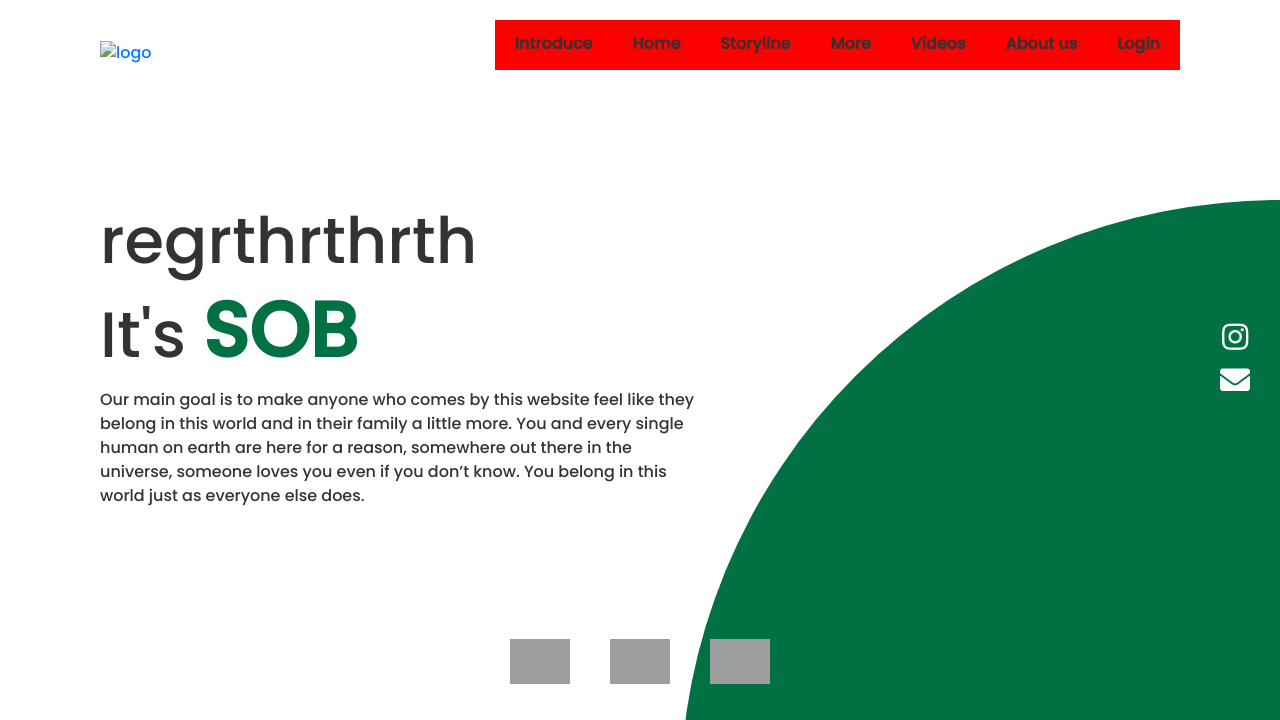
Repository: LeDucHai007/test3
Page: intro1.html
The author's editor kept a copy of each file at every save. The page is drawn from the files as they stood at one save, then again after the next save.
The browser window is 1280 px wide. The pictures show the whole page.
Pictures or frames that could not be fetched are drawn as grey boxes. Some web fonts or font styles are not loaded; a fallback is used. Some web libraries are served in a nearby version.

Above is the page before, as saved 2022-02-11 16:07:44.
Console error: TypeError: Cannot set properties of null (setting 'onclick')

### intro1.html
<!DOCTYPE html>
<html lang="en" dir="ltr">

<head>
    <link rel="shortcut icon" type="image/ico" href="favicon (1).ico" />
    <meta charset="utf-8" />
    <title>SOB Introduce</title>
    <!--Fontawesome link-->
    <link rel="stylesheet" href="https://pro.fontawesome.com/releases/v5.10.0/css/all.css" integrity="sha384-AYmEC3Yw5cVb3ZcuHtOA93w35dYTsvhLPVnYs9eStHfGJvOvKxVfELGroGkvsg+p" crossorigin="anonymous" />

    <!-- google fonts link -->
    <link href="https://fonts.googleapis.com/css2?family=Mali:ital,wght@1,600&display=swap" rel="stylesheet" />
    <link href="https://fonts.googleapis.com/css2?family=Quicksand:wght@400;600&display=swap" rel="stylesheet" />
    <link href="https://fonts.googleapis.com/css2?family=Source+Serif+Pro:ital,wght@1,900&display=swap" rel="stylesheet" />
    <link href="https://fonts.googleapis.com/css2?family=Baloo" rel="stylesheet" />
    <link href="https://fonts.googleapis.com/css2?family=Bungee&family=Poppins:wght@500&family=Shrikhand&display=swap" rel="stylesheet" />
    <!-- Bootstrap link -->
    <link rel="stylesheet" href="https://stackpath.bootstrapcdn.com/bootstrap/4.5.0/css/bootstrap.min.css" integrity="sha384-9aIt2nRpC12Uk9gS9baDl411NQApFmC26EwAOH8WgZl5MYYxFfc+NcPb1dKGj7Sk" crossorigin="anonymous" />

    <!-- css stylesheet -->

    <link rel="stylesheet" href="Backtop.css" />
    <link rel="stylesheet" href="bg-menu.css" />
    <link rel="stylesheet" href="banner-main.css" />
    <link rel="stylesheet" href="nav-bar.css" />
    <link rel="stylesheet" href="side-nemu-home.css" />
    <link rel="stylesheet" href="p-n-button-home.css" />
    <link rel="stylesheet" href="scrollbar.css" />
    <link rel="stylesheet" href="intro1.css" />
    <link rel="stylesheet" href="slider.css">
</head>

<body>
    <!--************************************* TITLE SECTION********************************** -->

    <section>
        <div class="circle"></div>
        <header>
            <a href="introduce.html">
                <img src="favicon (1).ico" alt="logo" class="logo">
            </a>
            <ul>
                <li>
                    <a href="introduce.html">Introduce</a>
                </li>
                <li>
                    <a href="index.html">Home</a>
                </li>
                <li>
                    <a href="storyline.html">Storyline</a>
                </li>
                <li>
                    <a href="other.html">More</a>
                </li>
                <li>
                    <a href="Video.html">Videos</a>
                </li>
                <li>
                    <a href="about-us.html">About us</a>
                </li>
                <li>
                    <a href="Login.html">Login</a>
                </li>
            </ul>
        </header>
        <div class="content">
            <div class="textBox">
                <h2>regrthrthrth<br>It's <span>SOB</span></h2>
                <p>Our main goal is to make anyone who comes by this website feel like they belong in this world and in their family a little more. You and every single human on earth are here for a reason, somewhere out there in the universe, someone loves
                    you even if you don’t know. You belong in this world just as everyone else does.</p>
            </div>
            <div class="imgBox">
                <div class="slide-main">
                    <div class="slider">
                        <div class="slides">
                            <input type="radio" name="radio-btn" id="radio1">
                            <input type="radio" name="radio-btn" id="radio2">
                            <input type="radio" name="radio-btn" id="radio3">
                            <input type="radio" name="radio-btn" id="radio4">
                            <input type="radio" name="radio-btn" id="radio5">
                            <input type="radio" name="radio-btn" id="radio6">
                            <input type="radio" name="radio-btn" id="radio7">
                            <input type="radio" name="radio-btn" id="radio8">
                            <input type="radio" name="radio-btn" id="radio9">
                            <input type="radio" name="radio-btn" id="radio10">


                            <div class="slide first">
                                <img src="Bìa trước.png">
                            </div>
                            <div class="slide">
                                <img src="t1.png">
                            </div>
                            <div class="slide">
                                <img src="t2.png">
                            </div>
                            <div class="slide">
                                <img src="t3.png">
                            </div>
                            <div class="slide">
                                <img src="t4.png">
                            </div>
                            <div class="slide">
                                <img src="t5.png">
                            </div>
                            <div class="slide">
                                <img src="t6.png">
                            </div>
                            <div class="slide">
                                <img src="t7.png">
                            </div>
                            <div class="slide">
                                <img src="t8.png">
                            </div>
                            <div class="slide">
                                <img src="t9.png">
                            </div>
                            <div class="slide">
                                <img src="t10.png">
                            </div>

                            <div class="slide">
                                <img src="Bìa sau.png">
                            </div>

                            <div class="navigation-auto">
                                <div class="auto-btn1"></div>
                                <div class="auto-btn2"></div>
                                <div class="auto-btn3"></div>
                                <div class="auto-btn4"></div>
                                <div class="auto-btn5"></div>
                                <div class="auto-btn6"></div>
                                <div class="auto-btn7"></div>
                                <div class="auto-btn8"></div>
                                <div class="auto-btn9"></div>
                                <div class="auto-btn10"></div>

                            </div>
                        </div>
                        <div class="navigation-manual">
                            <label for="radio1" class="manual-btn"></label>
                            <label for="radio2" class="manual-btn"></label>
                            <label for="radio3" class="manual-btn"></label>
                            <label for="radio4" class="manual-btn"></label>
                            <label for="radio5" class="manual-btn"></label>
                            <label for="radio6" class="manual-btn"></label>
                            <label for="radio7" class="manual-btn"></label>
                            <label for="radio8" class="manual-btn"></label>
                            <label for="radio9" class="manual-btn"></label>
                            <label for="radio10" class="manual-btn"></label>

                        </div>
                    </div>
                </div>

                <div class="img2">
                    <img src="nguyen.png">
                </div>
                <div class="img3">
                    <img src="an.png">
                </div>
            </div>
        </div>
        <ul class="thumb">
            <li id="thumb1"><img src="han.png"></li>
            <li id="thumb2"><img src="nguyen.png"></li>
            <li id="thumb3"><img src="an.png"></li>
        </ul>
        <ul class="sci">
            <li>
                <a href="">
                    <i class="fab fa-instagram"></i>
                </a>
            </li>
            <li>
                <a href="">
                    <i class="fa fa-envelope"></i>
                </a>
            </li>

        </ul>

        </div>
    </section>




</body>
<script src="https://code.jquery.com/jquery-3.5.1.slim.min.js" integrity="sha384-DfXdz2htPH0lsSSs5nCTpuj/zy4C+OGpamoFVy38MVBnE+IbbVYUew+OrCXaRkfj" crossorigin="anonymous"></script>
<script src="https://cdn.jsdelivr.net/npm/popper.js@1.16.0/dist/umd/popper.min.js" integrity="sha384-Q6E9RHvbIyZFJoft+2mJbHaEWldlvI9IOYy5n3zV9zzTtmI3UksdQRVvoxMfooAo" crossorigin="anonymous"></script>
<script src="https://stackpath.bootstrapcdn.com/bootstrap/4.5.0/js/bootstrap.min.js" integrity="sha384-OgVRvuATP1z7JjHLkuOU7Xw704+h835Lr+6QL9UvYjZE3Ipu6Tp75j7Bh/kR0JKI" crossorigin="anonymous"></script>

<script src="https://code.jquery.com/jquery-3.6.0.js" integrity="sha256-H+K7U5CnXl1h5ywQfKtSj8PCmoN9aaq30gDh27Xc0jk=" crossorigin="anonymous"></script>
<script>
    var counter = 1;
    setInterval(function() {
        document.getElementById("radio" + counter).checked = true;
        counter++;
        if (counter > 8) {
            counter = 1;
        }
    }, 5000)
</script>

<script>
    let btn = document.querySelector("#btn");
    let sidebar = document.querySelector(".sidebar");

    btn.onclick = function() {
        sidebar.classList.toggle("active");
    };
</script>

<script>
    $(document).ready(function() {
        $(".sidebar").fadeOut(0);
        $(window).scroll(function() {
            if ($(this).scrollTop()) {
                $(".sidebar").fadeIn();
            } else {
                $(".sidebar").fadeOut(0);
            }
        });
    });
</script>

<!-- <script>
    function imgSlider(anythings) {
        document.querySelector(".theme-1").src = anythings;

    }

    function changeCircleColor(color) {
        const circle = document.querySelector('.circle');
        circle.style.background = color;
    }
</script> -->

<script>
    let thumb1 = document.querySelector("#thumb1");
    let thumb2 = document.querySelector("#thumb2");
    let thumb3 = document.querySelector("#thumb3");

    let img1 = document.querySelector(".slide-main");
    let img2 = document.querySelector(".img2");
    let img3 = document.querySelector(".img3");

    thumb1.onclick = function() {

        img1.classList.toggle("active");
        img2.classList.remove("active");
        img3.classList.remove("active");
    };

    thumb2.onclick = function() {

        img2.classList.toggle("active");
        img1.classList.remove("active");
        img3.classList.remove("active");
    };

    thumb3.onclick = function() {

        img3.classList.toggle("active");
        img1.classList.remove("active");
        img2.classList.remove("active");
    };
</script>


</html>

### Backtop.css
#backtop{
	width: 50px;
	height: 50px;
	background: #00cec9;
	display: flex;
	justify-content: center;
	align-items: center;
	border-radius: 50%;
	position: fixed;
	right: 20px;
	bottom: 80px;
	cursor: pointer;
}

### bg-menu.css
#menu-1{
  background: url(bg-menu-home.png) no-repeat;
  background-size: cover;
  color: #DC5B03;



}

#menu-2{
  background: url(bg-menu-2.png) no-repeat;
  background-size: cover;
  color: #E6A33D;
}

#menu-3{
  background: url(bg-menu-3.png) no-repeat;
  background-size: cover;
  color: #E1B444;
}

#menu-4{
  background: url(bg-menu-4.png) no-repeat;
  background-size: cover;
  color: #5E9E3E;
}

#menu-5{
  background: url(bg-menu-5.png) no-repeat;
  background-size: cover;
  color: #3B7A90;
}

#menu-6{
  background: url(bg-menu-6.png) no-repeat;
  background-size: cover;
  color: #A878DB;
}

### banner-main.css
#title-section{
  background-color: #a8d3da;
  color: #3b5360;

}

.big-heading {
  font-size:5rem;


  position: relative;
  top: 15%;
  left: 25%;

}


.title-footer{
  position: relative;
  padding-bottom: 39%;
  font-size: 1.3rem;
  color: #435560;
  left: 34%;
  top: 12%;
}

.title-sun{


  width: 30%;
  position: absolute;
  left: 68%;
  top: -2%;
}

.title-dove{

  width: 20%;
  position: absolute;
  left: -85%;
  top: 5%;
}

.title-fada{

  width: 28%;
  position: absolute;
  top: 75%;
  left: -90%;
}


.title-walkers{
  width: 16%;
  position: absolute;
  bottom: 16%;
  right: 65%;
  z-index: 2;
}

.title-road{
  width: 42%;
  position: absolute;
  bottom: -0.5%;
  z-index: 1;
}

.title-house{

  width: 68%;
  position: absolute;
  bottom: 0;
  right: 5%;
}

### nav-bar.css
.navbar{
  color: #3b5360;
  padding-top: 2%;
  padding-bottom: -2%;
  position: relative;

}

.nav-item{
  margin-right: 10px;
}

.nav-link{
  font-size: 1.5rem;
  font-family:'baloo', 'Molengo', sans-serif;

}

### side-nemu-home.css
.sidebar{
	position: fixed;
	margin: 0;
	padding: 0;
	top: 10%;
	left: 0.5%;
	box-sizing: border-box;
	font-family: "poppins", sans-serif;
	height: 80%;
	width: 85px;
	background: #E2F5F4;
	padding: 0 0;
	z-index: 10;
	border-radius: 12px;
	transition: all 0.5s ease;

}

.sidebar:hover{
	box-shadow: 3px 3px 30px rgba(0, 0, 0, 0.5);
}

.sidebar.active{
	width: 240px;
}

.sidebar .logo_content .logo{
	display: flex;
	height: 50px;
	width: 100%;
	align-items: center;
	opacity: 0;
	pointer-events: none;
	transition: all 0.5s ease;

}

.sidebar.active .logo_content .logo{
	opacity: 1;
	pointer-events: none;
}

.sidebar .logo_content .logo .logo-name{
	font-size: 20px;
	font-weight: 400;
	padding-left: 20px;


}

.sidebar #btn{
	color: #000;
	position: absolute;
	top: 1%;
	left: 20%;
	font-size: 20px;
	height: 50px;
	width: 50px;
	text-align: center;
	line-height: 50px;

}


.sidebar.active #btn{
	left: 75%;
}

.sidebar ul{
	margin-top: 20px;
	margin-left: -25px;
}


.sidebar ul li{
	list-style: none;
	height: 50px;
	width: 70%;
	position: relative;
	margin: 0 5px;
	line-height: 50px;


}

.sidebar.active ul li{
	width: 90%;
}

.sidebar ul li #tooltip{
	position: absolute;
	left: 122px;
	top: 0;
	transform: translate(-40% , -50%);
	border-radius: 6px;
	height: 35px;
	width: 122px;
	background: #fff;
	line-height: 35px;
	text-align: center;
	box-shadow: 0 15px 10px rgba(0, 0, 0, 0.2);
	z-index: 12;
	transition: 0s;
	opacity: 0;
	pointer-events: none;
	display: block;

}

.sidebar.active ul li #tooltip{
	display: none;
}

.sidebar ul li:hover #tooltip{

	transition: all 0.5s ease;
	top: 50%;
	opacity: 1;
}

.sidebar ul li a{
	color: #000;
	display: flex;
	align-items: center;
	text-decoration: none;
	transition: all 0.4s ease;
	border-radius: 12px;
	white-space: nowrap;
}

.sidebar ul li a:hover{
	color: #11101d;
	background: #fff;
}


.sidebar ul li a i{
	height: 50px;
	min-width: 50px;
	border-radius: 12px;
	line-height: 50px;
	text-align: center;
	font-size: 25px;
	font-weight: 400;
	color: #396475;
}



.sidebar .links_name{
	opacity: 0;
	pointer-events: none;
}



.sidebar.active .links_name{
	opacity: 1;
	pointer-events: auto;
}


.sidebar .profile_content{
	position: absolute;
	color: #000;
	bottom: 0;
	left: 0;
	width: 100%;

}

.sidebar .profile_content .profile{
	position: relative;
	padding: 10px 6px;
	height: 60px;
	background: #1d1b31;
	border-radius: 12px;

}

.sidebar .profile_content .profile .profile_details{
	display: flex;
	align-items: center;
	opacity: 0;
	pointer-events: none;
	transition: all 0.5s ease;
	white-space: nowrap;
}

.sidebar.active .profile .profile_details{
	opacity: 1;
	pointer-events: auto;
}

.sidebar .profile_content .profile .profile_details .name{
	font-size: 25px;
	font-weight: 800;
	position: absolute;
	left: 38%;
	bottom: 20%;
	color: #fff;

}

.sidebar .profile_content .profile #log_out{
	position: absolute;
	left: 20%;
	bottom: 10%;
	font-size: 20px;
	transform: rotate(180deg);

	min-width: 50px;
	line-height: 50px;
	border-radius: 12px;
	color: #fff;
	transition: all 0.5s ease;
	text-align: center;
}

.sidebar.active .profile #log_out{
	left: 70%;
	transition: all 0.5s ease;
}

### p-n-button-home.css
.button{
	display: inline-block;
}

.p-n-button{
	margin: 0;
	padding: 0;
	position: relative;

}

.p-n-button ul{

	top: 50%;
	left: 50%;
	/*transform: translate(-50px,-50%);*/
	margin: 0;
	padding: 0;
	display: flex;
}

.p-n-button ul li{
	list-style: none;
	width: 60px;
	height: 60px;
	background: #262626;
	margin: 0 10px;
	border-radius: 50%;
	transition: .5s;

}

.p-n-button ul li:hover{
	background: #00d2d3;
}

.p-n-button ul li span{
	position: absolute;
	width: 15px;
	height: 15px;
	border: 4px solid #fff;
	transition: .5s;

}

.p-n-button ul li.next span{
	top: 50%;
	left: 40%;
	transform: translateY(-50%) rotate(-45deg);
	border-top: none;
	border-left: none;

}

.p-n-button ul li.next:hover span{
	left: 44.4%;


}

.p-n-button ul li.next span:before{
	content: "";
	position: absolute;
	width: 24px;
	height: 3px;
	background: #fff;
	transform-origin: right;
	transform: rotate(45deg) translate(0,15.6px) scaleX(0);
	transition: .5s;
}

.p-n-button ul li.next:hover span:before{
	transform: rotate(45deg) translate(0px, 15.6px) scaleX(1);
}

### scrollbar.css
body::-webkit-scrollbar{
	width: 12px;
}

body::-webkit-scrollbar-thumb{
	width: 10px;
	background-image: linear-gradient(to bottom, #43B7FF,#F1A5DA);
	border-radius: 100rem;
}

body::-webkit-scrollbar-track{
	background-color: #c9ecee;
	border-radius: 100rem;
}

### intro1.css
* {
    margin: 0;
    padding: 0;
    font-family: "poppins", sans-serif;
}

body {
    overflow-x: hidden;
}

section {
    position: relative;
    width: 100%;
    min-height: 100vh;
    padding: 100px;
    display: flex;
    justify-content: space-between;
    align-items: center;
    background: #fff;
}

header {
    position: absolute;
    top: 0;
    left: 0;
    width: 100%;
    padding: 20px 100px;
    display: flex;
    justify-content: space-between;
    align-items: center;
}

header .logo {
    position: relative;
    width: 80px;
}

header ul {
    position: relative;
    display: flex;
}

header ul li {
    list-style: none;
    background: red;
    height: 50px;
    padding-right: 20px;
    padding-left: 20px;
    padding-top: 12px;
}

header ul li:hover a {
    transform: scale(1.2);
    transition: 0.5s;
}

header ul li a {
    display: inline-block;
    color: #333 !important;
    font-weight: 600;
    height: 50px;
    /* margin-left: 40px; */
    text-decoration: none !important;
    transition: 0.5s;
    vertical-align: middle !important;
}

.content {
    position: relative;
    width: 100%;
    display: flex;
    justify-content: space-between;
    align-items: center;
}

.content .textBox {
    position: relative;
    max-width: 600px;
}

.content .textBox h2 {
    color: #333;
    font-size: 4em;
    line-height: 1.4em;
    font-weight: 500;
}

.content .textBox h2 span {
    color: #017143;
    font-size: 1.2em;
    font-weight: 900;
}

.content .textBox p {
    color: #333;
}

.imgBox .slide-main {
    display: none;
    transition: 0.5s;
}

.slide-main.active {
    display: flex;
    transition: 0.5s;
}

.img2 {
    display: none;
    transition: 0.5s;
}

.img2.active {
    display: block;
    transition: 0.5s;
}

.img3 {
    display: none;
    transition: 0.5s;
}

.img3.active {
    display: block;
    transition: 0.5s;
}

.thumb {
    position: absolute;
    left: 50%;
    bottom: 20px;
    transform: translateX(-50%);
    display: flex;
}

.thumb li {
    list-style: none;
    display: inline-block;
    margin: 0 20px;
    cursor: pointer;
    transition: 0.5s;
}

.thumb li:hover {
    transform: translateY(-15px);
}

.thumb li img {
    max-width: 60px;
}

.sci {
    position: absolute;
    top: 50%;
    right: 30px;
    transform: translateY(-50%);
    display: flex;
    justify-content: center;
    align-items: center;
    flex-direction: column;
}

.sci li {
    list-style: none;
}

.sci li:hover a {
    transform: scale(1.5);
    transition: 0.5s;
}

.sci li a {
    display: inline-block;
    margin: 5px 0;
    color: #000;
    transition: 0.5s;
    filter: invert(1);
}

.sci li a i {
    font-size: 30px;
}

.circle {
    position: absolute;
    top: 0;
    left: 0;
    width: 100%;
    height: 100%;
    background: #017143;
    clip-path: circle(600px at right 800px);
}

### slider.css
body {
    /* background: #c9ecee; */
    overflow-x: hidden;
    position: relative;
}

.slide-main {
    position: absolute;
    display: flex;
    justify-content: center;
    align-items: center;
    width: 470px;
    top: -50%;
    right: 5%;
    box-shadow: 1px 3px 30px black;
    border-radius: 12px;
}

.slider {
    width: 470px;
    height: 665px;
    overflow: hidden;
}

.slides {
    width: 1200%;
    height: 665px;
    display: flex;
}

.slides input {
    display: none;
}

.slides img {
    /* width: 70%; */
    height: 100%;
    border-radius: 12px;
}

.slide {
    /* width: 20%; */
    transition: 1s;
}

.navigation-manual {
    position: absolute;
    width: 470px;
    margin-top: -55px;
    display: flex;
    justify-content: center;
}

.manual-btn {
    border: 2px solid #c9ecee;
    padding: 5px;
    border-radius: 10px;
    cursor: pointer;
    transition: 1s;
}

.manual-btn:not(:last-child) {
    margin-right: 15px;
}

.manual-btn:hover {
    background: #a8d3da;
}

#radio1:checked~.first {
    margin-left: 0;
}

#radio2:checked~.first {
    margin-left: -8.35%;
}

#radio3:checked~.first {
    margin-left: -16.68%;
}

#radio4:checked~.first {
    margin-left: -25%;
}

#radio5:checked~.first {
    margin-left: -33.35%;
}

#radio6:checked~.first {
    margin-left: -41.69%;
}

#radio7:checked~.first {
    margin-left: -50.01%;
}

#radio8:checked~.first {
    margin-left: -58.34%;
}

#radio9:checked~.first {
    margin-left: -66.67%;
}

#radio10:checked~.first {
    margin-left: -75.01%;
}

.navigation-auto {
    position: absolute;
    display: flex;
    width: 470px;
    justify-content: center;
    margin-top: 610px;
}

.navigation-auto div {
    border: 2px solid #c9ecee;
    padding: 5px;
    border-radius: 10px;
    transition: 1s;
}

.navigation-auto div:not(:last-child) {
    margin-right: 15px;
}

#radio1:checked~.navigation-auto .auto-btn1 {
    background: #c9ecee;
}

#radio2:checked~.navigation-auto .auto-btn2 {
    background: #c9ecee;
}

#radio3:checked~.navigation-auto .auto-btn3 {
    background: #c9ecee;
}

#radio4:checked~.navigation-auto .auto-btn4 {
    background: #c9ecee;
}

#radio5:checked~.navigation-auto .auto-btn5 {
    background: #c9ecee;
}

#radio6:checked~.navigation-auto .auto-btn6 {
    background: #c9ecee;
}

#radio7:checked~.navigation-auto .auto-btn7 {
    background: #c9ecee;
}

#radio8:checked~.navigation-auto .auto-btn8 {
    background: #c9ecee;
}

#radio9:checked~.navigation-auto .auto-btn9 {
    background: #c9ecee;
}

#radio10:checked~.navigation-auto .auto-btn10 {
    background: #c9ecee;
}

#radio11:checked~.navigation-auto .auto-btn11 {
    background: #c9ecee;
}

#radio12:checked~.navigation-auto .auto-btn12 {
    background: #c9ecee;
}

After the next save:
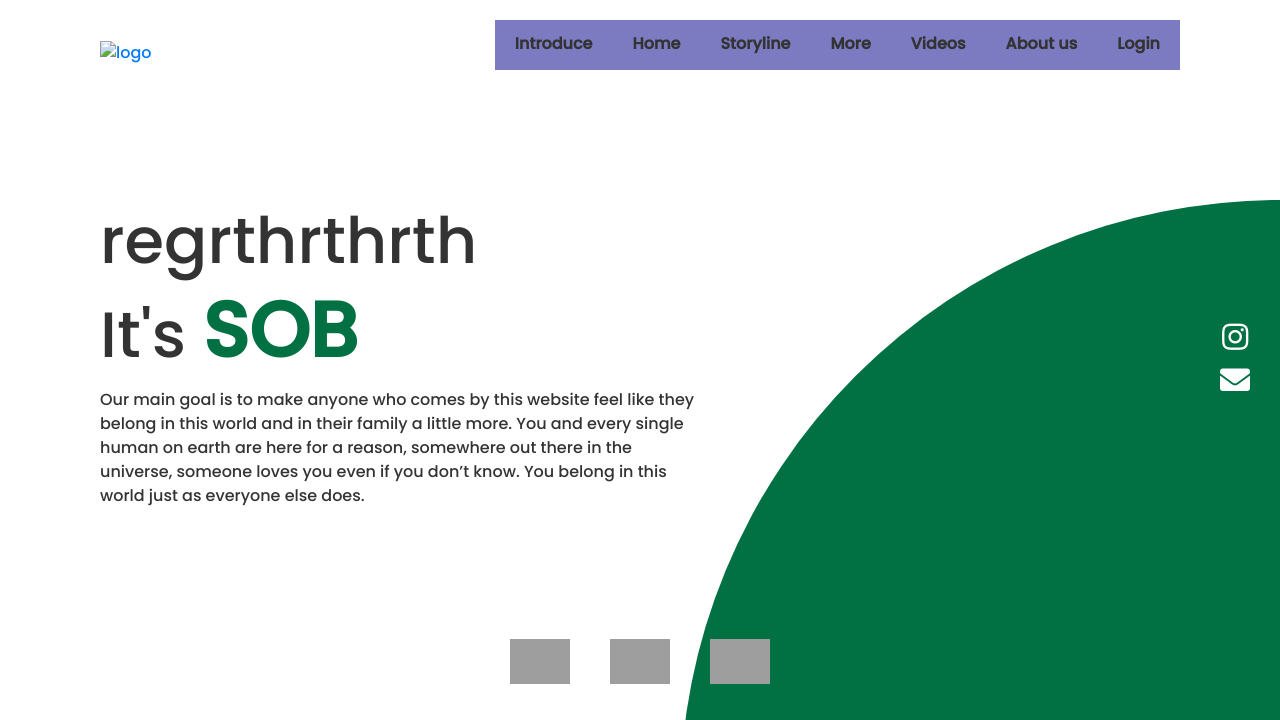
Saved 2 min 1 s later.
--- a/intro1.css
+++ b/intro1.css
@@ -42,7 +42,7 @@ header ul {
 
 header ul li {
     list-style: none;
-    background: red;
+    background: #7c7bc1;
     height: 50px;
     padding-right: 20px;
     padding-left: 20px;
